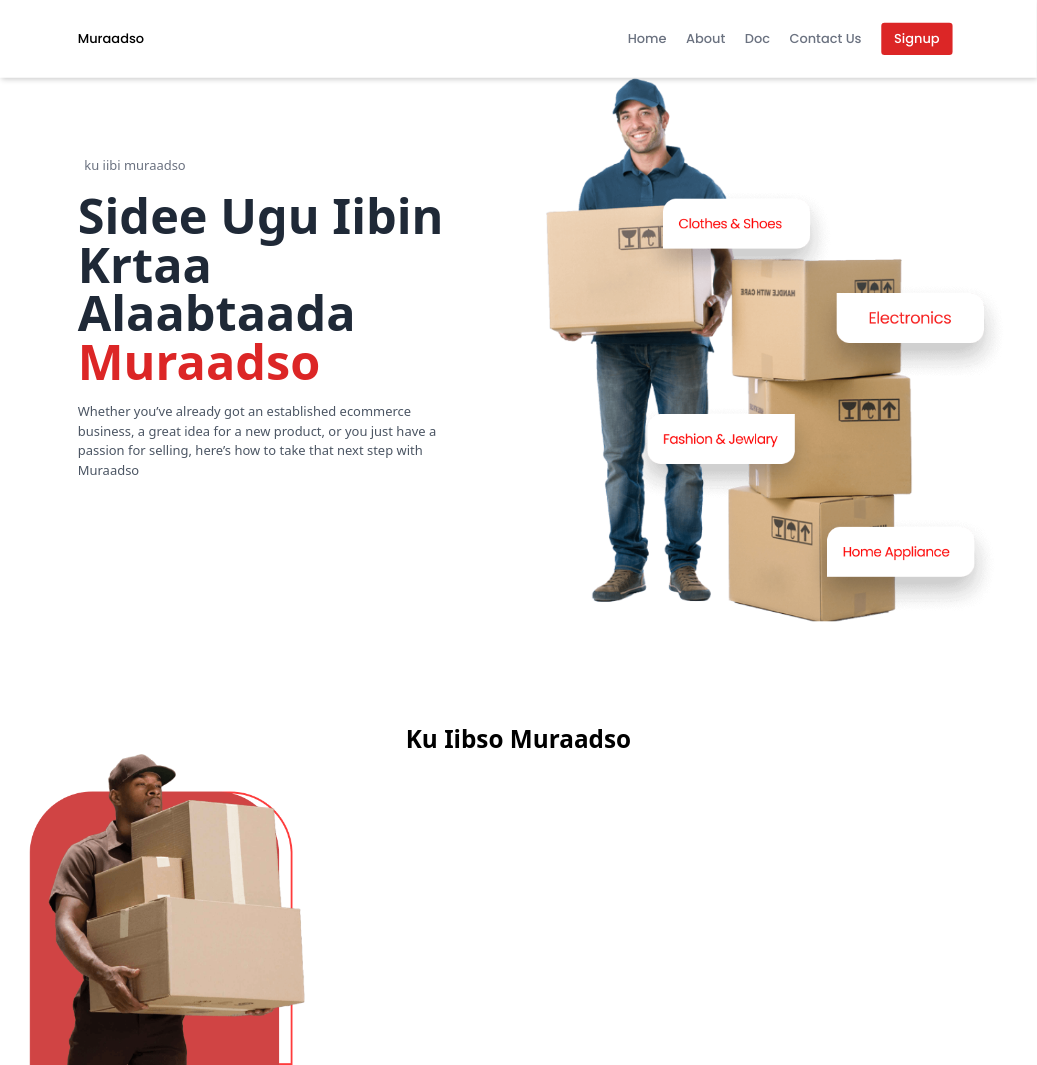
Repository: muraadso/Muraadso-Sellers
Page: /
The author's editor kept a copy of each file at every save. The page is drawn from the files as they stood at one save, then again after the next save.
The browser window is 1280 px wide. The pictures show the whole page, at 81% of full size.
The project was rebuilt for these pictures with package versions that can differ from the ones it lists, and the page was loaded fresh each time. The framework's server and built-in components were replaced by stand-ins that run in the browser. Also part of the build but not shown: next.config.js.

Above is the page before, as saved 2021-12-05 19:36:15.

### pages/_app.js
import '../styles/globals.css'
 import 'tailwindcss/tailwind.css'
import { Layout } from '../components/Layout'


function MyApp({ Component, pageProps }) {
  return (
    <Layout>
      <Component {...pageProps} />
    </Layout>
  )
}

export default MyApp

### pages/index.js
import Head from 'next/head'
import Image from 'next/image'
import Navbar from '../components/Navbar'
import Hero from '../components/Hero'
import About from '../components/About'
import styles from '../styles/Home.module.css'


export default function Home() {
  return (
    <div className={styles.container}>
      <Head>
        <title>Muraadso Sellers</title>
        <meta name="description" content="Generated by create next app" />
        <link rel="icon" href="/favicon.ico" />
      </Head>
      <Hero />
      <About />
    </div>
  )
}

### styles/globals.css
@import url('https://fonts.googleapis.com/css2?family=Lato:ital,wght@0,300;0,400;0,700;0,900;1,700&family=Poppins:wght@200;300;400;500;600;700&display=swap');
html,
body {
  padding: 0;
  margin: 0;
}

a {
  color: inherit;
  text-decoration: none;
}

* {
  box-sizing: border-box;
}


.navbar {
  box-shadow: 2px 1px 7px rgba(0, 0, 0, 0.226);
  font-family: 'Poppins', sans-serif  ;
  font-weight: 500;

}
  .logo{
    font-family: 'Lato', sans-serif;
    font-weight: 700;
    color: rgb(233, 59, 59);
    font-size: 20px ;
  }

.nav{
}





@media screen and  (max-width: 415px){
  .nav{
    display: flex;
    color: blue;
    flex-direction: row;
  }
}




@tailwind base;
@tailwind components;
@tailwind utilities

### components/Layout.js
import Navbar from "./Navbar"
import Footer from "./Footer"

export const Layout = ({children}) => {
    return (
        <div className="layout">
            <Navbar />
                {children}
            <Footer />



        </div>
    )
}

### components/Navbar.jsx
import React, { useState } from "react";
import { HiOutlineMenuAlt2, HiOutlineMenuAlt3 } from "react-icons/hi";



export default function Navbar() {
  const [showNav, setShowNav] = useState(false);

  return (
    <nav className="sticky top-0 z-20 items-center justify-between bg-white px-14 md:px-24 md:py-5 navbar md:flex">
      <div className="flex items-center justify-between">
        <a href="#">
          <h2>Muraadso</h2>
        </a>


        {showNav ? (
          <HiOutlineMenuAlt3
            onClick={() => setShowNav(!showNav)}
            className="block w-10 h-10 p-2 cursor-pointer md:hidden"
          />
        ) : (
          <HiOutlineMenuAlt2
            onClick={() => setShowNav(!showNav)}
            className="block w-10 h-10 p-2 cursor-pointer md:hidden"
          />
        )}
      </div>

      <ul
        className={
          (showNav ? "left-0" : "-left-full") +
          " md:static fixed bottom-0 md:ml-24 top-14 md:flex md:space-x-6 items-center md:bg-transparent bg-white bg-opacity-90 md:w-auto w-10/12 md:text-gray-500 text-gray-800  md:space-y-0 space-y-5 p-2 transition-left nav"
        }
      >
        <a href="#"> Home</a>
        <a href="#"> About</a>
        <a href="#"> Doc</a>
        <a href="#"> Contact Us</a>
      <a className="px-4 py-2 text-white bg-red-600 rounded" href="">Signup</a>
      </ul>
    </nav>
  );
}

























// const Navbar = () => {
//     return (
//         <div>
//      <div className="sticky top-0 z-20 items-center justify-between bg-white md:flex navbar">
//          <a className="logo" href="#">Muraadso</a>
//          <nav className="fixed bottom-0 items-center w-10/12 p-2 space-y-5 text-white bg-gray-500 md:static top-12 md:flex md:space-x-7 md:bg-transparent bg-opacity-90 md:w-auto md:text-gray-500 md:space-y-0 transition-left nav">
//              <a className="hover:text-red-600" href="">Home</a>
//              <a className="hover:text-red-600" href="">About</a>
//              <a className="hover:text-red-600" href="">Doc</a>
//              <a className="hover:text-red-600" href="">Contact Us</a>
//          </nav>
//          <a href="#" className="px-4 py-2 text-white bg-red-600 rounded hover:bg-red-700 signup ">Signup</a>
//      </div>

//         </div>
//     )
// }

// export default Navbar

### components/Hero.jsx
const Hero = () => {
    return (
        <div className="grid grid-cols-2 hero">
                <div className="px-16 py-24 herotxt">
                    <h6 className="px-2 font-medium text-gray-500">ku iibi muraadso</h6>
                    <h1 className="my-5 md:font-bold md:text-gray-800 md:capitalize lg:text-6xl">sidee ugu iibin krtaa <br /> alaabtaada <span className="md:text-red-600">muraadso </span></h1>
                    <p className="text-gray-600" >Whether you’ve already got an established ecommerce business, a great idea for a new product, or you just have a passion for selling, here’s how to take that next step with Muraadso</p>
                </div>
                <div className="heroimg">
                    <img className="w-4/4 "  src="/images/heroimage.png" alt="heroimage" />
                </div>

        </div>
    )
}

export default Hero

### components/About.jsx

const About = () => {
    return (
        <div className="mt-32">
            <h1 className="text-3xl font-bold text-center">Ku Iibso Muraadso</h1>
            <img src="/images/aboutimage.png" className="md:h-96" alt="about image" />
        </div>
    )
}

export default About

### components/Footer.jsx
const Footer = () => {
    return (
        <div>
        </div>
    )
}

export default Footer

### tailwind.config.js
module.exports = {
   purge: ['./pages/**/*.{js,ts,jsx,tsx}', './components/**/*.{js,ts,jsx,tsx}'],
  darkMode: false, // or 'media' or 'class'
  theme: {
    extend: {
      transitionProperty: {
         'left': 'left',
        }
    },

  },
  variants: {
    extend: {},
  },
  plugins: [],
}

Loaded but not shown: pages/api/hello.js (common file); styles/Home.module.css (common file)

After the next save:
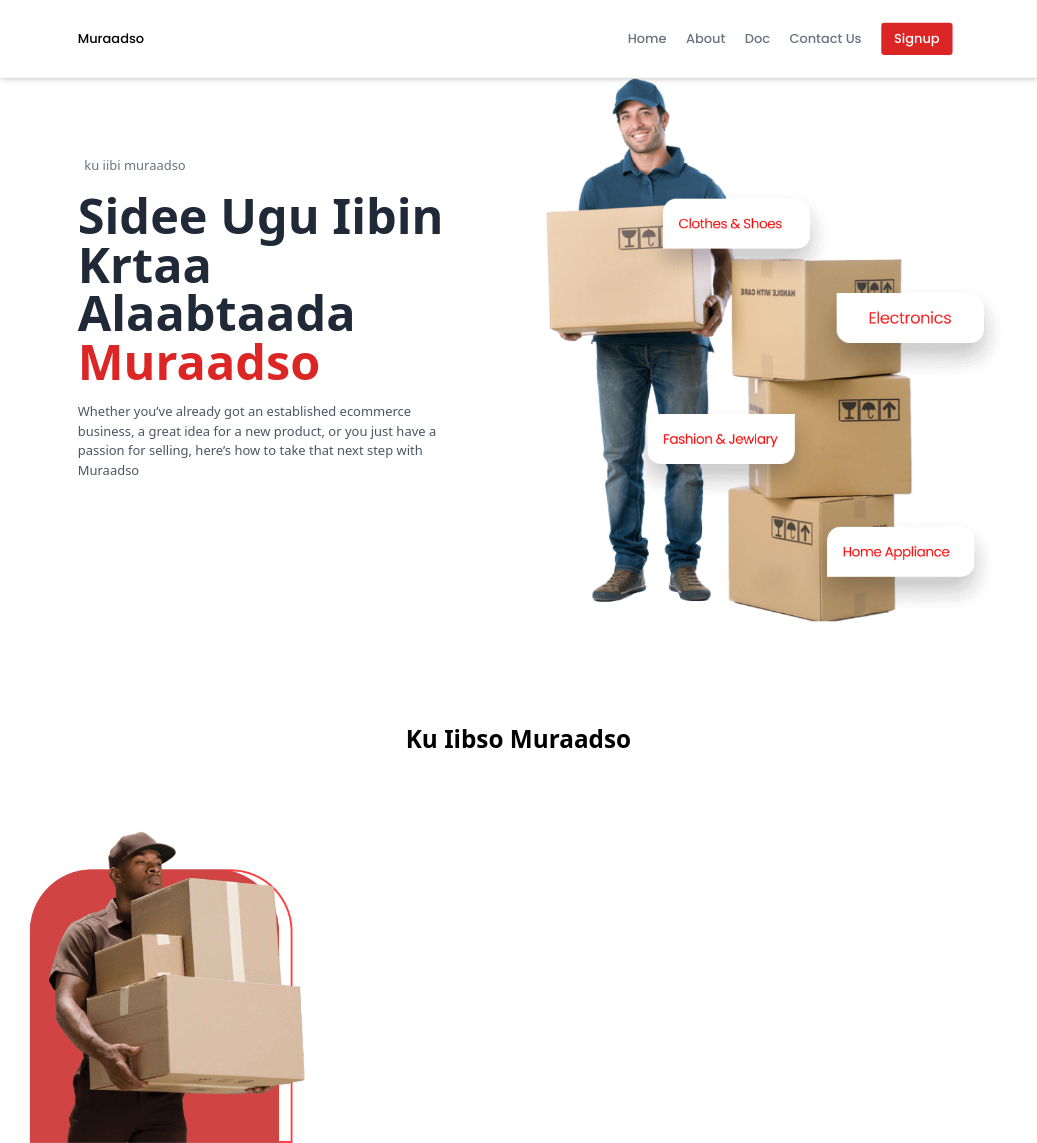
Saved 16 s later.
--- a/components/About.jsx
+++ b/components/About.jsx
@@ -3,7 +3,7 @@ const About = () => {
     return (
         <div className="mt-32">
             <h1 className="text-3xl font-bold text-center">Ku Iibso Muraadso</h1>
-            <img src="/images/aboutimage.png" className="md:h-96" alt="about image" />
+            <img src="/images/aboutimage.png" className="mt-24 md:h-96" alt="about image" />
         </div>
     )
 }
